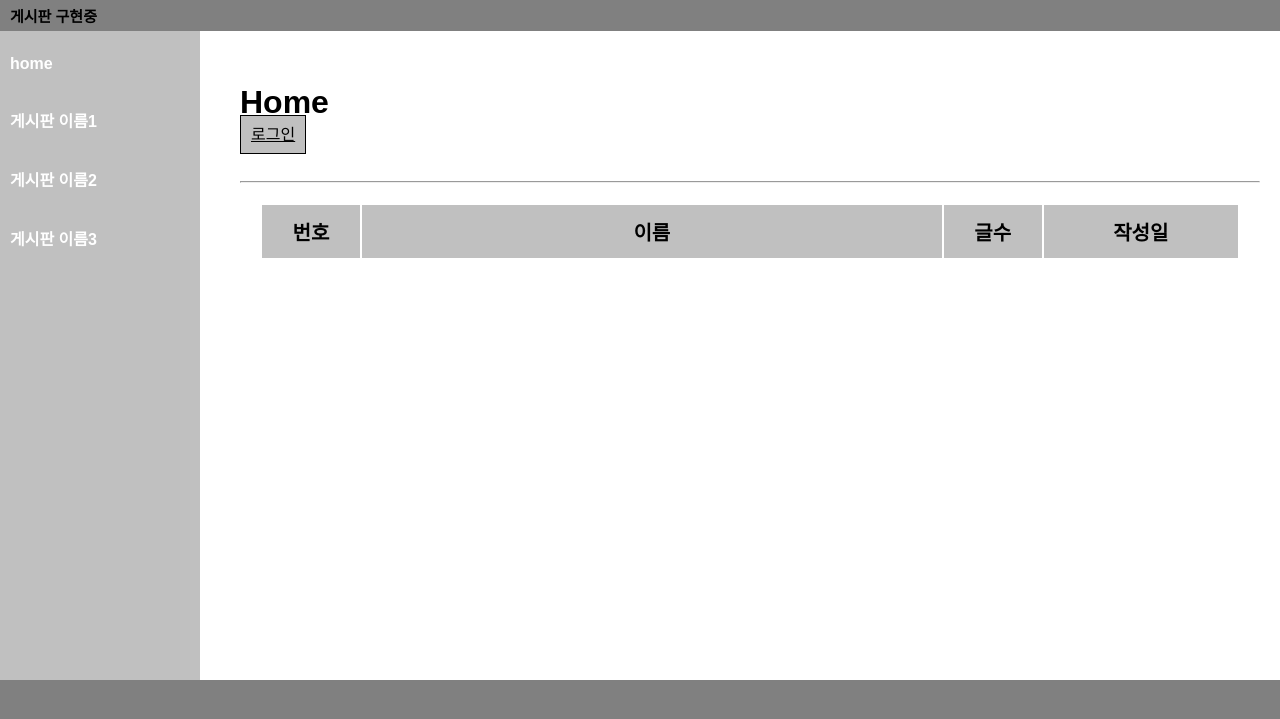
Repository: hyeon-jin-park/study
Page: work/internet_programing/Test_final/public/home.html
These files come from the project's save history. The page is drawn as it stood at one moment and after the next save; the edit follows.
The browser window is 1280 px wide. The pictures show the whole page.

Above is the page before, as saved 2025-03-14 06:45:26.

### work/internet_programing/Test_final/public/home.html
<!DOCTYPE html>
<html lang="ko">
<head>

    <meta charset="UTF-8">
    <meta name="viewport" content="width=device-width, initial-scale=1.0">
    <title>home.html</title>
	<link rel="stylesheet" href="layout.css">
	<link rel="stylesheet" href="board.css">
	<style>
	* { margin: 0; padding: 0; box-sizing: border-box; }
	body { font-family: Arial, sans-serif; }
	</style>

</head>


<body>

    <div class="header">
        <div class="header_name">게시판 구현중</div>



    </div>
    <div class="sidebar">
    	<ul class="sidebar">
    		<li><a href="home.html">home</a></li>
    		<li><a href="#">게시판 이름1</a></li>
    		<li><a href="#">게시판 이름2</a></li>
    		<li><a href="#">게시판 이름3</a></li>

    	</ul>
    </div>
    <div class="content">

    	<div style="display:felx; justify-content: space-between; align-items: center">
    	<h1>Home</h1>
    	<a style="background-color:silver; color:black; border: 1px solid; padding:10px; justify-content: flex-end;" href="#">로그인</a>
    	</div>
    	<br>
    	<br>
    	<hr>
    	<div class="board">
    		<table class="header_elements">
    			<tr style ="background-color: silver">
    				<th>번호</th>
    				<th>이름</th>
    				<th>글수</th>
    				<th>작성일</th>
    			</tr>
    		</table>
    	</div>
    </div>

    <div class="footer">
    	<h1></h1>
    </div>

</body>
</html>

### work/internet_programing/Test_final/public/layout.css
@charset "UTF-8";

.header {
            background-color: gray;
            color: black;
            padding: 5px 10px;
            display: flex;
            justify-content: space-between;
            align-items: center;
            width: 100%;
            position: fixed;
            z-index: 1000;
    		border-collapse: collapse;
    		table-layout: fixed;
        }

        .header_name {
            font-size: 15px;
            font-weight: bold;
        }

        .header_elements {
            list-style: none;
            display: flex;
        }

        .header_elements li {
            margin-left: 10px;
        }

        .header_elements a {
        	display: inline-block;
            text-decoration: none;
            font-size: 18px;
        }

        .header_elements a:hover {
            font-weight: bold;
        }

        .sidebar {
        	margin-top: 30px;
    		width: 200px;
    		background-color: silver;
    		color: black;
    		padding: 20px;
    		position: fixed;
    		height: 100vh;
    		top: 0;
    		left: 0;
		}

		.sidebar ul {
    		list-style: none;
    		padding: 0;
		}

		.sidebar ul li {
   		 margin: 15px 0;
		}

		.sidebar a {
    		text-decoration: none;
    		color: white;
   		    font-weight: bold;
   		 	display: block;
    		padding: 10px;
    		border-radius: 5px;
		}

		.sidebar a:hover {
    		background-color: #555;
		}


		.content {
			margin-top: 64px;
			position: fixed;
			z-index: 999;
    		margin-left: 220px;
    		padding: 20px;
		}

		.footer {
    		background-color: gray;
    		color: white;
    		text-align: center;
    		height: 40px;
    		padding: 5px 0;
    		position: fixed;
    		bottom: 0;
    		width: 100%;
    		z-index: 1000;
    		box-sizing: border-box;
		}

### work/internet_programing/Test_final/public/board.css
@charset "UTF-8";

.board {
	background-color: white;
	color: black;
	padding: 20px 20px;
	width: 100%;
}



.board th {
	padding: 12px;
    text-align: center;
    vertical-align: middle;
    font-size: 20px;
}

.board th:nth-child(1),
.board td:nth-child(1){
	width: 100px;
}
.board th:nth-child(2),
.board td:nth-child(2){
	width: 600px;
}
.board th:nth-child(3),
.board td:nth-child(3){
	width: 100px;
}
.board th:nth-child(4),
.board td:nth-child(4){
	width: 200px;
}

After the next save:
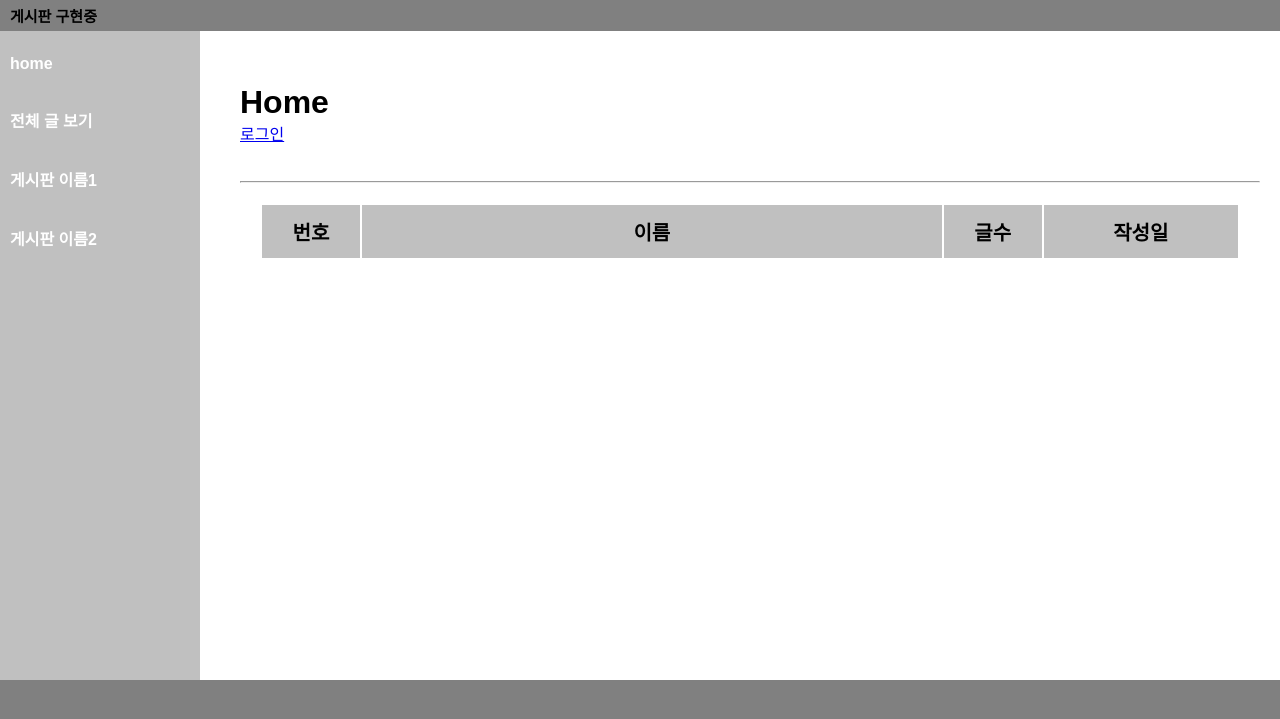
Saved 12 min 41 s later.
--- a/work/internet_programing/Test_final/public/home.html
+++ b/work/internet_programing/Test_final/public/home.html
@@ -26,17 +26,16 @@
     <div class="sidebar">
     	<ul class="sidebar">
     		<li><a href="home.html">home</a></li>
+    		<li><a href="#">전체 글 보기</a></li>
     		<li><a href="#">게시판 이름1</a></li>
     		<li><a href="#">게시판 이름2</a></li>
-    		<li><a href="#">게시판 이름3</a></li>
 
     	</ul>
     </div>
     <div class="content">
-
-    	<div style="display:felx; justify-content: space-between; align-items: center">
-    	<h1>Home</h1>
-    	<a style="background-color:silver; color:black; border: 1px solid; padding:10px; justify-content: flex-end;" href="#">로그인</a>
+    	<div class="board_title">
+    		<h1>Home</h1>
+    		<a href="#">로그인</a>
     	</div>
     	<br>
     	<br>
